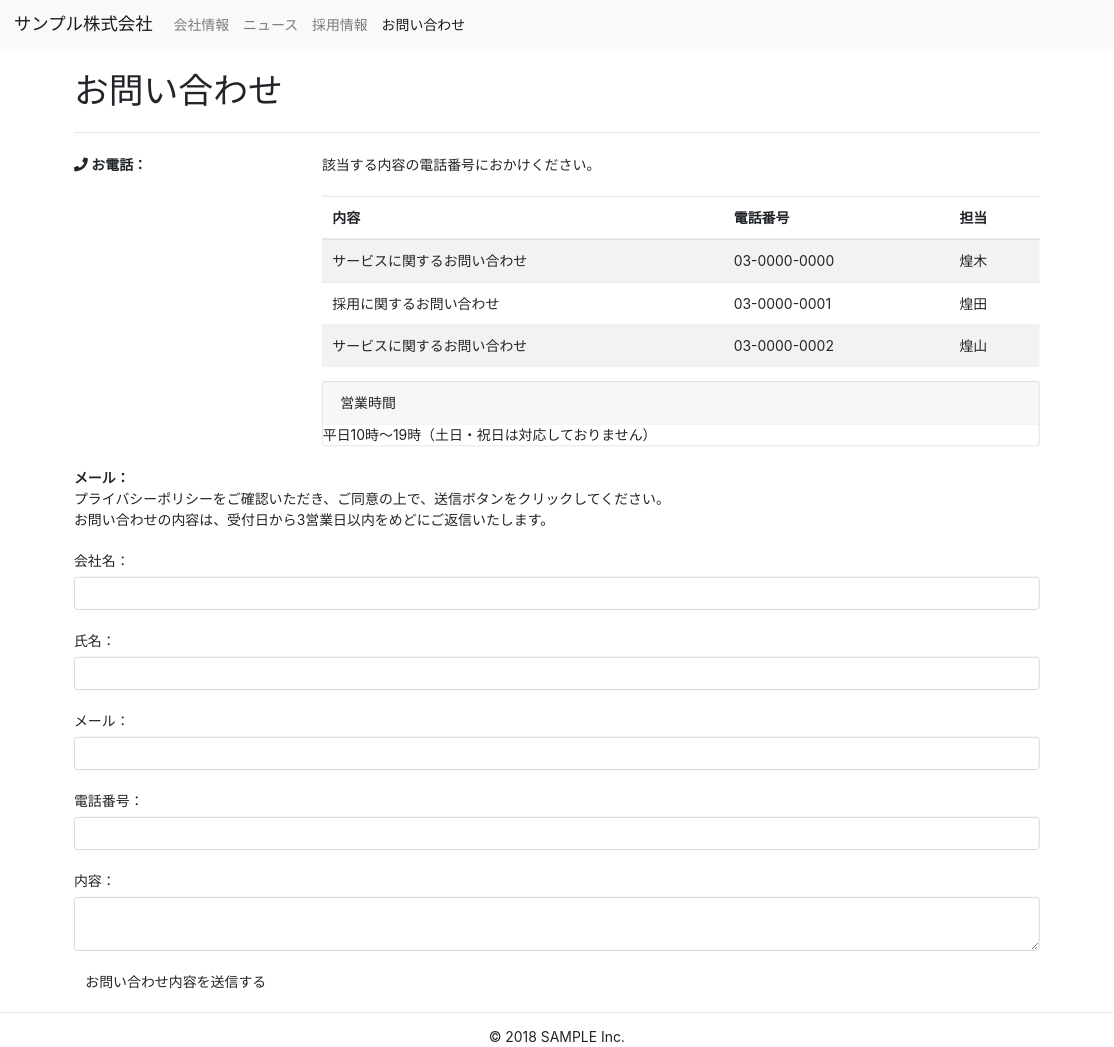
Repository: yoony212/frontend
Page: contact.html
The author's editor kept a record of every edit. The page is drawn from the files as they stood at one moment, then again after the next edit.
The browser window is 1280 px wide. The pictures show the whole page, at 87% of full size.

Above is the page before.

### contact.html
<!DOCTYPE html>
<html lang="ja">

<head>
    <meta charset="utf-8">
    <meta name="viewport" content="width=device-width, initial-scale=1, shrink-to-fit=no">

    <link rel="stylesheet" href="https://stackpath.bootstrapcdn.com/bootstrap/4.3.1/css/bootstrap.min.css">

    <title>お問い合わせ | サンプル株式会社</title>
</head>

<body>
    <header>
        <!-- 576px以上の画面幅のとき、メニューを表示する（それ未満なら折りたたむ）指定を追加 -->
        <nav class="navbar navbar-light navbar-expand-sm bg-light d-sm-flex">
        <!--画面左上に表示するサイト名のリンクとして適切な表示をするための指定を追加 -->
            <a href="#" class="navbar-brand">サンプル株式会社</a>

            <button type="button" class="navbar-toggler" data-toggle="collapse" data-target="#nav-bar">
                <span class="navbar-toggler-icon"></span>
            </button>

            <div class="collapse navbar-collapse " id="nav-bar">
                <ul class="navbar-nav">
                    <li class="nav-item"><a href="#" class="nav-link">会社情報</a></li>
                    <li class="nav-item"><a href="#" class="nav-link">ニュース</a></li>
                    <li class="nav-item"><a href="#" class="nav-link">採用情報</a></li>
                    <!-- お問い合わせページを表示していることをわかりやすくする設定を追加 -->
                    <li class="nav-item"><a href="#" class="nav-link active">お問い合わせ</a></li>
                </ul>
            </div>
        </nav>
    </header>
    <div class="container">
        <h1 class="mt-4 pb-4 border-bottom">お問い合わせ</h1>

        <!-- グリッドを使うための指定を追加 -->
        <div class="mt-4 row">
            <!-- 576px以上の画面幅のとき、左側は3つ分のカラム幅で表示する指定を追加 -->
            <div class="col-sm-3">
                <!-- 電話に関するFont Awesomeのアイコンを追加 -->
                <i class="fas fa-phone mr-1"></i><strong>お電話：</strong>
            </div>

            <!-- 576px以上の画面幅のとき、右側は9つ分のカラム幅で表示する指定を追加 -->
            <div class="col-sm-9">
                <p>該当する内容の電話番号におかけください。</p>
                <!-- テーブルの装飾を適用する指定を追加 -->
                <!-- さらにテーブルへ枠を追加する指定、行ごとの背景色が交互に変わる指定を追加 -->
                <table class="mt-4 table table-striped">
                    <thead>
                        <tr>
                            <th>内容</th>
                            <th>電話番号</th>
                            <th>担当</th>
                        </tr>
                    </thead>
                    <tbody>
                        <tr>
                            <td>サービスに関するお問い合わせ</td>
                            <td>03-0000-0000</td>
                            <td>煌木</td>
                        </tr>
                        <tr>
                            <td>採用に関するお問い合わせ</td>
                            <td>03-0000-0001</td>
                            <td>煌田</td>
                        </tr>
                        <tr>
                            <td>サービスに関するお問い合わせ</td>
                            <td>03-0000-0002</td>
                            <td>煌山</td>
                        </tr>
                    </tbody>
                </table>

                <!-- カードの装飾を適用 -->
                <div class="card">
                    <!-- カードのタイトル部分として設定 -->
                    <div class="card-header">
                        <!-- 時間に関するFont Awesomeのアイコンを追加 -->
                        <i class="fa-sharp fa-solid fa-circle-info"></i> 営業時間
                    </div>

                    <!-- カードの本文部分として設定 -->
                    <div class="">
                        平日10時〜19時（土日・祝日は対応しておりません）
                    </div>
                </div>
            </div>
        </div>

        <!-- グリッドを使うための指定を追加 -->
        <div class="mt-4">
            <!-- 576px以上の画面幅のとき、左側は3つ分のカラム幅で表示する指定を追加 -->
            <div class="">
                <!-- メールに関するFont Awesomeのアイコンを追加 -->
                <i class=""></i> <strong>メール：</strong>
            </div>

            <!-- 576px以上の画面幅のとき、右側は9つ分のカラム幅で表示する指定を追加 -->
            <div class="">
                <p>
                    プライバシーポリシーをご確認いただき、ご同意の上で、送信ボタンをクリックしてください。<br />
                    お問い合わせの内容は、受付日から3営業日以内をめどにご返信いたします。
                </p>
                <form action="complete.html">
                    <!-- ラベルとフォーム部品を並べるためにグリッドを使う指定を追加 -->
                    <div class="form-group">
                        <!-- 576px以上の画面幅のとき、ラベルは3つ分のカラム幅で表示する指定を追加 -->
                        <label class="col-form-label">会社名：</label>

                        <!-- 576px以上の画面幅のとき、フォーム部品は9つ分のカラム幅で表示する指定を追加 -->
                        <div class="">
                            <input type="text" class="form-control" name="company">
                        </div>
                    </div>

                    <!-- ラベルとフォーム部品を並べるためにグリッドを使う指定を追加 -->
                    <div class="form-group">
                        <!-- 576px以上の画面幅のとき、ラベルは3つ分のカラム幅で表示する指定を追加 -->
                        <label class="col-form-label">氏名：</label>

                        <!-- 576px以上の画面幅のとき、フォーム部品は9つ分のカラム幅で表示する指定を追加 -->
                        <div class="">
                            <input type="text" class="form-control" name="name">
                        </div>
                    </div>

                    <!-- ラベルとフォーム部品を並べるためにグリッドを使う指定を追加 -->
                    <div class="form-group">
                        <!-- 576px以上の画面幅のとき、ラベルは3つ分のカラム幅で表示する指定を追加 -->
                        <label class="col-form-label">メール：</label>

                        <!-- 576px以上の画面幅のとき、フォーム部品は9つ分のカラム幅で表示する指定を追加 -->
                        <div class="">
                            <input type="text" class="form-control" name="mail">
                        </div>
                    </div>

                    <!-- ラベルとフォーム部品を並べるためにグリッドを使う指定を追加 -->
                    <div class="form-group">
                        <!-- 576px以上の画面幅のとき、ラベルは3つ分のカラム幅で表示する指定を追加 -->
                        <label class="col-form-label">電話番号：</label>

                        <!-- 576px以上の画面幅のとき、フォーム部品は9つ分のカラム幅で表示する指定を追加 -->
                        <div class="">
                            <input type="text" class="form-control" name="tel">
                        </div>
                    </div>

                    <!-- ラベルとフォーム部品を並べるためにグリッドを使う指定を追加 -->
                    <div class="form-group">
                        <!-- 576px以上の画面幅のとき、ラベルは3つ分のカラム幅で表示する指定を追加 -->
                        <label class="col-form-label">内容：</label>

                        <!-- 576px以上の画面幅のとき、フォーム部品は9つ分のカラム幅で表示する指定を追加 -->
                        <div class="">
                            <textarea class="form-control" name="content"></textarea>
                        </div>
                    </div>

                    <!-- ラベルとフォーム部品を並べるためにグリッドを使う指定を追加 -->
                    <div class="form-group">
                        <!-- 576px以上の画面幅のとき、3つ分のカラム幅の隙間を表示する設定を追加 -->
                        <!-- さらに、576px以上の画面幅のとき、9つ分のカラム幅で送信ボタンの表示部分の設定を追加 -->
                        <div class="">
                            <!-- 送信ボタンを緑色にする設定を追加 -->
                            <!-- さらに、送信ボタンは、指定のカラム幅に対して100％の幅となる設定を追加 -->
                            <button type="submit" class="btn">お問い合わせ内容を送信する</button>
                        </div>
                    </div>
                </form>
            </div>
        </div>
    </div>
    <footer class="text-center pt-3 border-top">
        &copy; 2018 SAMPLE Inc.
    </footer>

    <script src="https://code.jquery.com/jquery-3.3.1.min.js"></script>
    <script src="https://cdnjs.cloudflare.com/ajax/libs/popper.js/1.14.6/umd/popper.min.js"></script>
    <script src="https://stackpath.bootstrapcdn.com/bootstrap/4.3.1/js/bootstrap.min.js"></script>
    <script defer src="https://use.fontawesome.com/releases/v5.7.2/js/all.js"></script>
</body>

</html>

After the next edit:
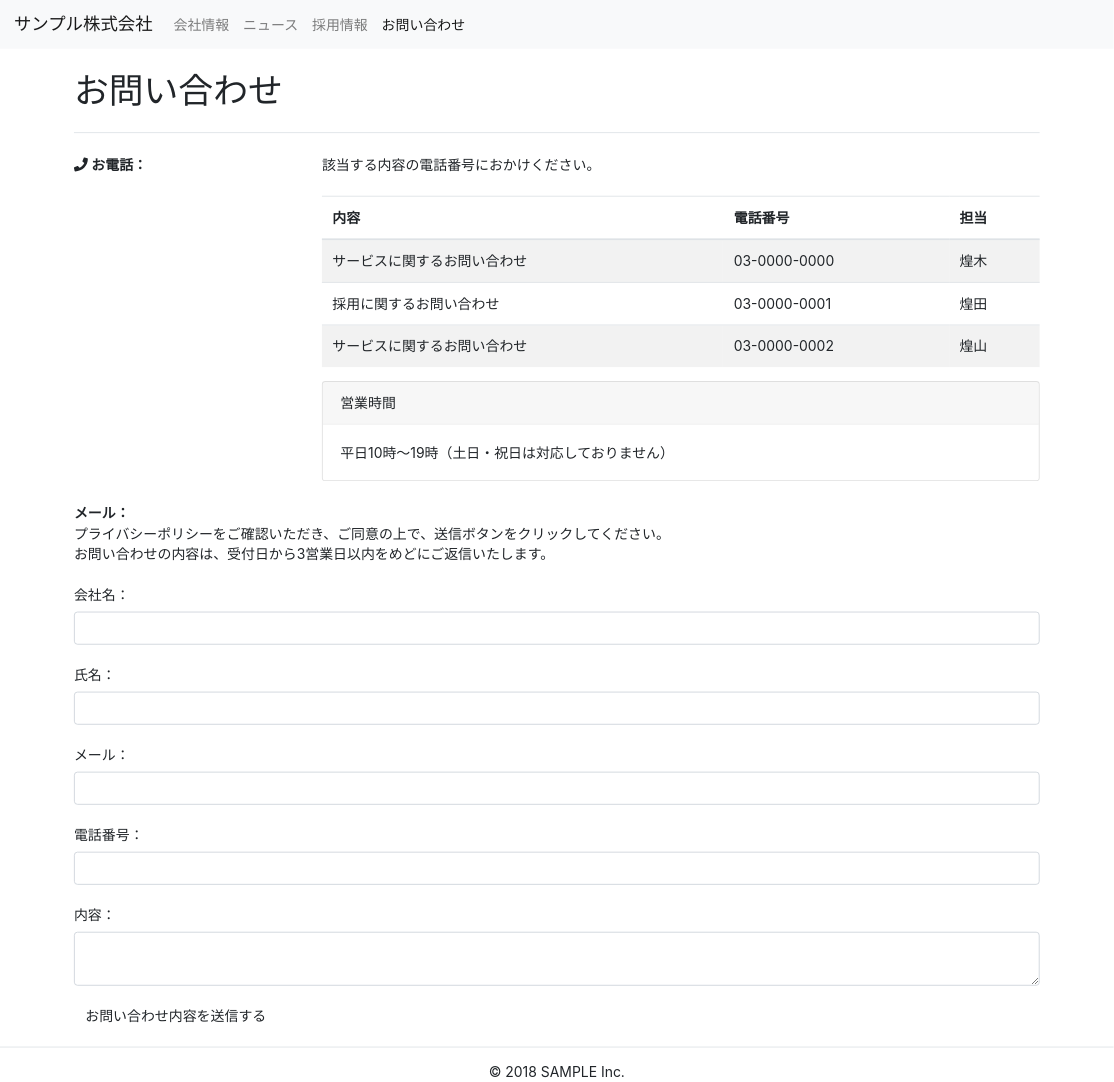
The edit:
--- a/contact.html
+++ b/contact.html
@@ -84,7 +84,7 @@
                     </div>
 
                     <!-- カードの本文部分として設定 -->
-                    <div class="">
+                    <div class="card-body">
                         平日10時〜19時（土日・祝日は対応しておりません）
                     </div>
                 </div>
